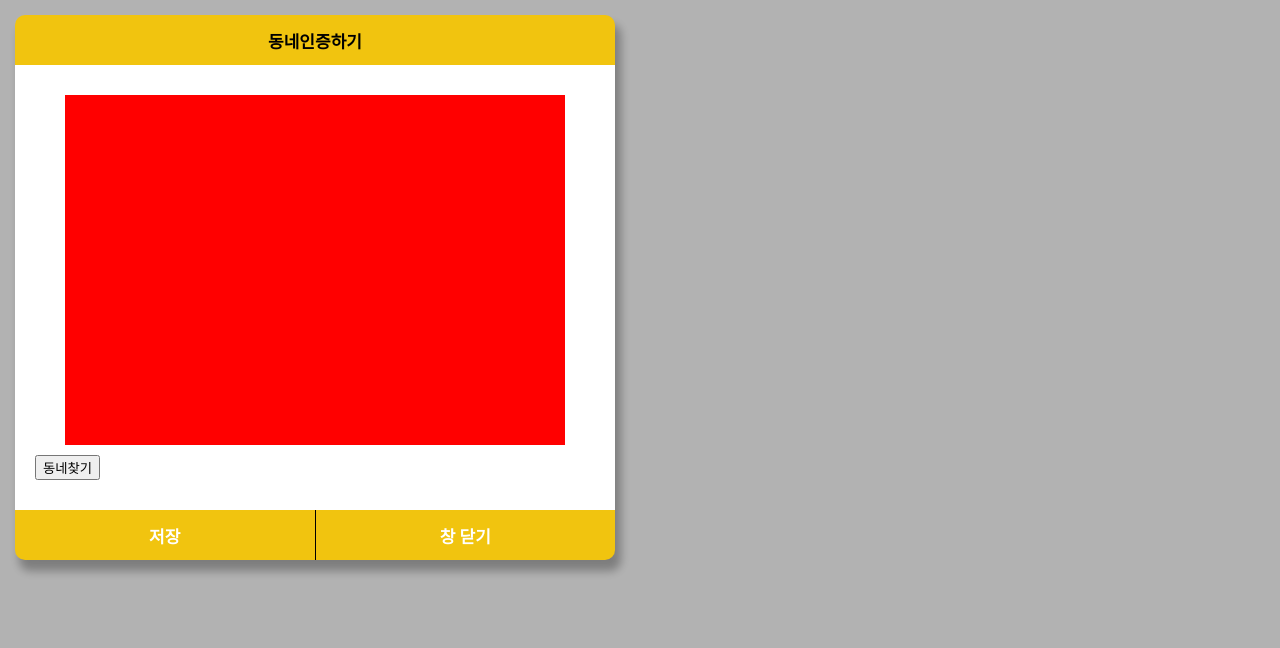
Repository: Corn-Market/Front-end
Page: http://localhost/CornMarket/resources/views/popup_profile_update.jsp
The author's editor kept a copy of each file at every save. The page is drawn from the files as they stood at one save, then again after the next save.
The browser window is 1280 px wide. The pictures show the whole page.
The page is served by Tomcat 9. Other server files are loaded and not shown.

Above is the page before, as saved 2022-12-19 05:59:01.

### CornMarket/src/main/webapp/resources/views/popup_profile_update.jsp
<%@ page language="java" contentType="text/html; charset=UTF-8"
    pageEncoding="UTF-8"%>
<%@ taglib uri="http://java.sun.com/jsp/jstl/core" prefix="c" %>
<c:set var="path" value="${pageContext.request.contextPath}"/>
<!DOCTYPE html>
<html>
<head>
<meta charset="EUC-KR">
<title>Insert title here</title>
<link rel="stylesheet" href="${path}/resources/css/popup_mytown.css"/>
<script src="https://ajax.googleapis.com/ajax/libs/jquery/3.5.1/jquery.min.js"></script><script src="https://ajax.googleapis.com/ajax/libs/jquery/3.5.1/jquery.min.js"></script>
</head>
<body>
	<div class="container">
        <div class="popup-wrap" id="popup">
          <div class="popup">
            <div class="popup-head">
                <span class="head-title">동네인증하기</span>
            </div>
            <div class="popup-body">
              <div class="body-content">
                <div class="body-titlebox">
                </div>
                <div class="body-contentbox">
                  <input type="button" class="serach_btn" value="동네찾기">
                </div>
              </div>
            </div>
            <div class="popup-foot">
              <span class="pop-btn confirm" id="confirm" onclick="">저장</span>
              <span class="pop-btn close" id="close" onclick="">창 닫기</span>
            </div>
          </div>
         </div>
    </div>
</body>
</html>

### CornMarket/src/main/webapp/resources/css/popup_mytown.css
.popup-wrap{
    background-color:rgba(0,0,0,.3);
    justify-content:center;
    align-items:center;
    position:fixed;
    top:0;
    left:0;
    right:0;
    bottom:0;
    padding:15px;

  }

  .popup{
    width:1000px;
    max-width:600px;
    border-radius:10px;
    overflow:hidden;
    background-color:rgb(241, 196, 15);
    font-size: 17px;
    font-weight: bold;
    box-shadow: 5px 10px 10px 1px rgba(0,0,0,.3);
  }

  .popup-head{
    width:100%;
    height:50px;
    display:flex;
    align-items:center;
    justify-content:center;
  }

  .popup-body{
    background-color:#ffffff;
  }
  .body-content{
    padding:20px;
  }
  .body-titlebox{
    text-align:center;
    width:500px;
    height:350px;
    background-color:red;
    margin:10px auto;
  }
  .body-contentbox{

    margin:10px auto;
  }

  .popup-foot{
    width:100%;
    height:50px;
    display: flex;
  }

  .pop-btn{
    display:inline-flex;
    width:50%;
    height:100%;
    justify-content:center;
    align-items:center;
    float:left;
    color:rgb(255, 255, 255);
    cursor:pointer;
  }
  .pop-btn.confirm{
    border-right:1px solid black;
  }

  .search_btn{
  	 width:100px;
      height:40px;
      border-radius: 4px;
      border-color: rgb(241, 196, 15);
      background-color: rgb(241, 196, 15);
      color: rgb(255, 255, 255);
      font-weight: bold;
      display: block;
      margin:20px auto;
  }

After the next save:
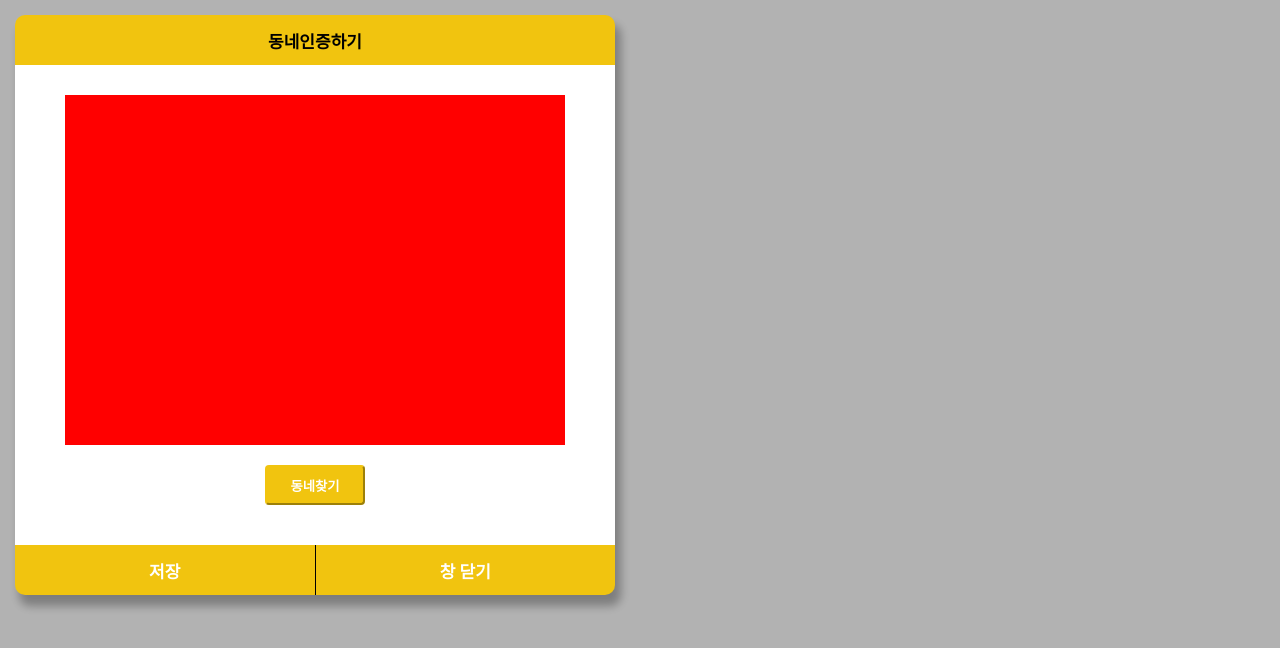
Saved 3 s later.
--- a/CornMarket/src/main/webapp/resources/views/popup_profile_update.jsp
+++ b/CornMarket/src/main/webapp/resources/views/popup_profile_update.jsp
@@ -22,7 +22,7 @@
                 <div class="body-titlebox">
                 </div>
                 <div class="body-contentbox">
-                  <input type="button" class="serach_btn" value="동네찾기">
+                  <input type="button" class="search_btn" value="동네찾기">
                 </div>
               </div>
             </div>
